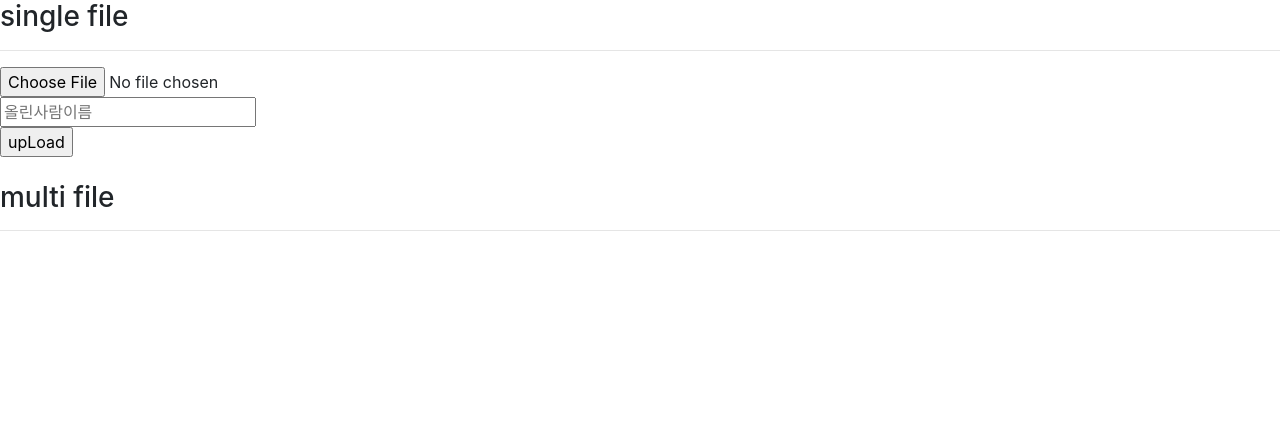
Repository: snowskyblue/SpringEx
Page: http://localhost/1210fileupdown/
An editor plug-in stored every save of this project. The page is shown before and after the next save, followed by the edit.
The browser window is 1280 px wide. The pictures show the whole page.
The page is served by Tomcat 9.

Above is the page before, as saved 2019-12-10 00:52:53.

After the next save:
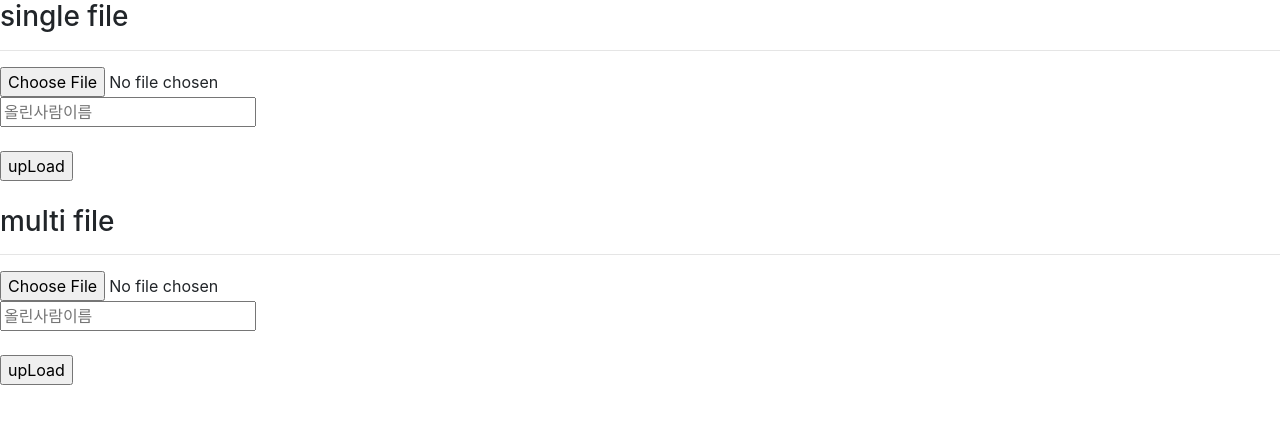
Saved 12 min 27 s later.
--- a/1210fileupdown/src/main/webapp/WEB-INF/views/fileUp.jsp
+++ b/1210fileupdown/src/main/webapp/WEB-INF/views/fileUp.jsp
@@ -25,14 +25,16 @@
 <hr/>
 <form id="singleForm" action="requestupload1" method="post" enctype="multipart/form-data">
 	<input type="file" name="file" /><br/>
-	<input type="text" name="src" placeholder="올린사람이름" /><br/>
+	<input type="text" name="src" placeholder="올린사람이름" /><br/><br/>
 	<input type="submit" value="upLoad">
 </form>
 <br/>
 <h3>multi file</h3>
 <hr/>
 <form id="multiForm" action="requestupload2" method="post" enctype="multipart/form-data">
-
+	<input type="file" name="file" muliple /><br/>
+	<input type="text" name="src" placeholder="올린사람이름" /><br/><br/>
+	<input type="submit" value="upLoad">
 </form>
 
 <!--jquery -->
